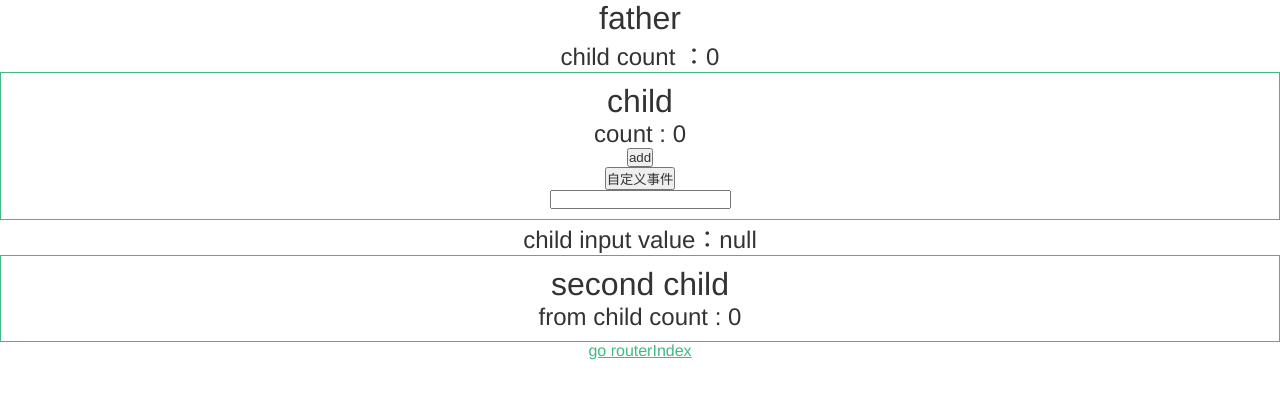
Repository: NotTooTwo/vueRouter
Page: /
An editor plug-in stored every save of this project. The page is shown before and after a run of saves, followed by the edit.
The browser window is 1280 px wide. The pictures show the whole page.
The project was rebuilt for these pictures with package versions that can differ from the ones it lists, and the page was loaded fresh each time. Also part of the build but not shown: src/components/routerTest/routerIndex.vue.

Above is the page before, as saved 2018-03-13 15:16:44.

### src/App.vue
<template>
  <div id="app">
    <router-view/>
  </div>
</template>

<script>
export default {
  name: 'App'
}
</script>

<style>
*{
  padding: 0;
  margin: 0;
  color: #333
}
#app {
  font-family: 'Avenir', Helvetica, Arial, sans-serif;
  -webkit-font-smoothing: antialiased;
  -moz-osx-font-smoothing: grayscale;
  text-align: center;
  color: #2c3e50;
}
</style>

### src/router/index.js
import Vue from 'vue'
import Router from 'vue-router'
import HelloWorld from '@/components/test/HelloWorld'
import RouterIndex from '@/components/routerTest/routerIndex'

Vue.use(Router)

export default new Router({
  routes: [
    {
      path: '/',
      name: 'HelloWorld',
      component: HelloWorld
    },
    {
      path: '/routerIndex',
      name: 'RouterIndex',
      component: RouterIndex
    }
  ]
})

### src/components/test/HelloWorld.vue
<template>
  <div class="hello">
    <h1>father</h1>
    <h2>child count ：{{childNum}}</h2>
    <!-- 子组件给父组件传参：子组件内(add()函数)$emit触发父组件的预定义的触发函数 -->
    <Child :countNum=childNum v-on:childCount="countChildNum"></Child>
    <h2>child input value：{{msg||'null'}}</h2>
    <second-child :countNum=childNum></second-child>
    <router-link to='/routerIndex'>go routerIndex</router-link>
  </div>
</template>

<script>
import Child from './child'
import SecondChild from './secondChild'

export default {
  name: 'HelloWorld',
  data () {
    return {
      msg: '',
      childNum:0
    }
  },
methods:{
  countChildNum(num){
      this.childNum = num;
  }
},
mounted(){
  console.log(this.$events)
},
components:{
    Child,
    'second-child':SecondChild
  }
}
</script>

<!-- Add "scoped" attribute to limit CSS to this component only -->
<style scoped>
h1, h2 {
  font-weight: normal;
}
ul {
  list-style-type: none;
  padding: 0;
}
li {
  display: inline-block;
  margin: 0 10px;
}
a {
  color: #42b983;
}
</style>

### src/components/test/child.vue
<template>
  <div class="child">
    <h1>child</h1>
    <h2>count : {{count}}</h2>
    <button @click='add'>add</button>
    <div>
      <button @click='sendMsg'>自定义事件</button>
    </div>
    <div>
      <input type="text" v-model="childVal">
    </div>
  </div>
</template>

<script>
import bus from '../../assets/bus.js'
export default {
  name: 'child',
  data () {
    return {
      msg: 'Welcome to Your Vue.js App',
      count: 0,
      childVal:''
    }
  },
  props:[
    'countNum'
  ],
  created(){
    this.count=this.countNum;
  },
  watch:{
      'childVal'(val,old){
          this.$parent.msg = val
      }
  },
  methods:{
    add(){
      ++this.count;
      this.$emit('childCount',this.count)
      bus.$emit('childCount',this.count)
    },
    sendMsg(){
      // console.log(this.$parent.msg)
      // this.$set(this.$parent,'msg',this.childVal)
      // this.$parent.msg = this.childVal;
      // this.$dispatch('childrenClick');
    }
  }
}
</script>

<!-- Add "scoped" attribute to limit CSS to this component only -->
<style scoped>
h1, h2 {
  font-weight: normal;
}
ul {
  list-style-type: none;
  padding: 0;
}
li {
  display: inline-block;
  margin: 0 10px;
}
a {
  color: #42b983;
}
.child{
  padding: 10px;
  border: 1px solid #42b983;

}
</style>

### src/components/test/secondChild.vue
<template>
  <div class="child">
    <h1>second child</h1>
    <h2>from child count : {{count}}</h2>
  </div>
</template>

<script>
import bus from '../../assets/bus.js'

export default {
  name: 'secondChild',
  data () {
    return {
      msg: 'Welcome to Your Vue.js App',
      count: 0,
    }
  },
  props:[
    'countNum'
  ],
  created(){
    var _this= this;
    _this.count=_this.countNum;
    bus.$on("childCount",function (msg) {
                    _this.count=msg;
                })
  },
  watch:{
      'childVal'(val,old){
          this.$parent.msg = val
      }
  },
  methods:{
    add(){
      ++this.count;
      this.$emit('childCount',this.count)
    },
    sendMsg(){
      // console.log(this.$parent.msg)
      // this.$set(this.$parent,'msg',this.childVal)
      // this.$parent.msg = this.childVal;
      this.$dispatch('childrenClick');
    }
  }
}
</script>

<!-- Add "scoped" attribute to limit CSS to this component only -->
<style scoped>
h1, h2 {
  font-weight: normal;
}
ul {
  list-style-type: none;
  padding: 0;
}
li {
  display: inline-block;
  margin: 0 10px;
}
a {
  color: #42b983;
}
.child{
  padding: 10px;
  border: 1px solid #42b983;

}
</style>

Loaded but not shown: index.html (common file); src/main.js (common file); src/assets/bus.js (common file)

After the next 4 saves:
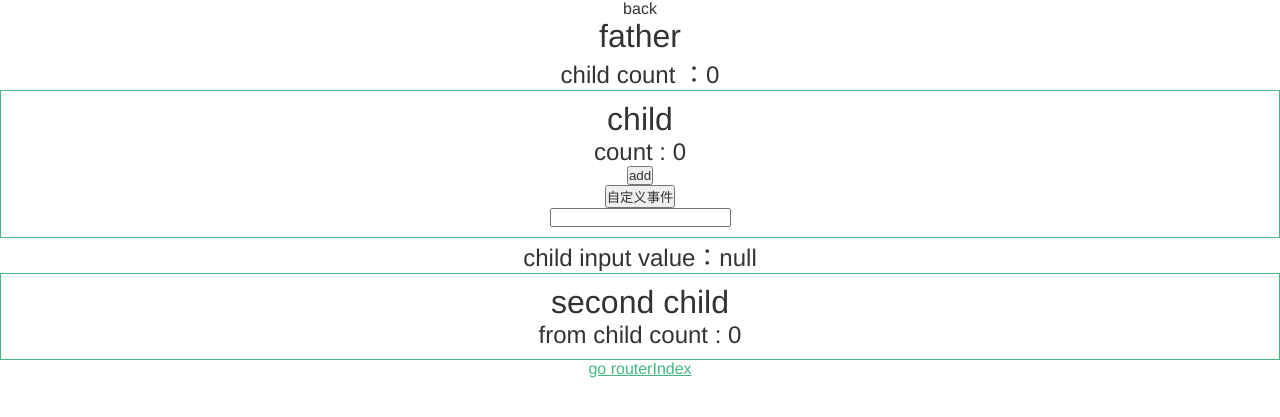
The 4 saves are shown as one change because they came seconds apart.
The last was saved 22 s later.
--- a/src/App.vue
+++ b/src/App.vue
@@ -1,5 +1,6 @@
 <template>
   <div id="app">
+    <div><span>back</span></div>
     <router-view/>
   </div>
 </template>
